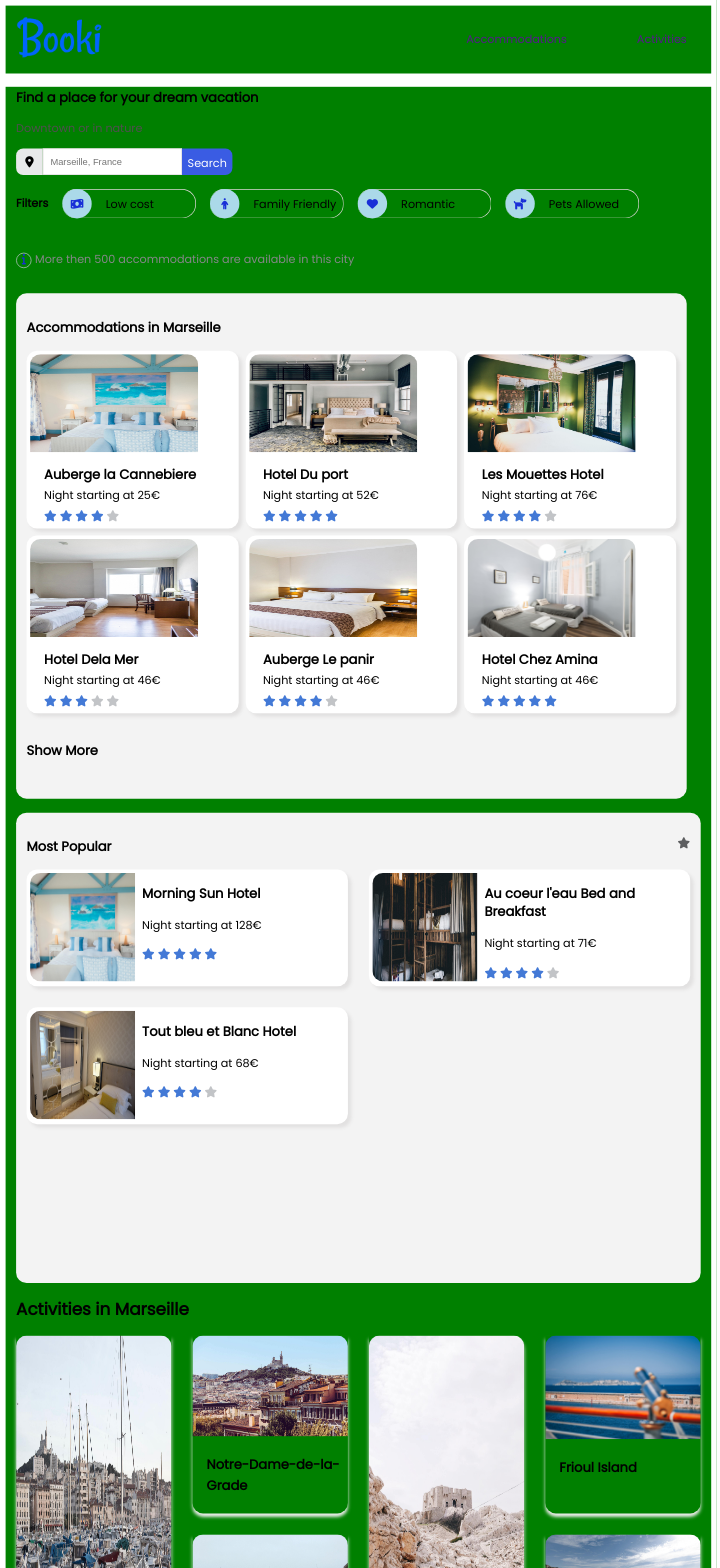
Repository: ailahin/booki
Page: index.html
An editor plug-in stored every save of this project. The page is shown before and after a run of saves, followed by the edit.
The browser window is 1024 px wide. The page is 1024 px wide, then 1028 px, so the pictures cover 1028 px, including what lies to the right of the window. The pictures show the part of the page from y = 0 to 2240 px (the page is 2764 px tall before and 2759 px after), at 70% of full size.
Some web fonts or font styles are not loaded; a fallback is used. Some web libraries are served in a nearby version.

Above is the page before, as saved 2023-07-19 04:20:17.

### index.html
<!DOCTYPE html>
<html lang="en">
<head>
    <meta charset="UTF-8">
    <meta http-equiv="X-UA-Compatible" content="IE=edge">
    <meta name="viewport" content="width=device-width, initial-scale=1.0">
    <title>Booki</title>
    <link rel="stylesheet" href="css/index.css">
    <link rel="stylesheet" href="https://fonts.googleapis.com/css?family=Poppins|Sofia|Trirong">

    <!-- Google fronts -->
    <link rel="preconnect" href="https://fonts.googleapis.com">
    <link rel="preconnect" href="https://fonts.gstatic.com" crossorigin>
    <link href="https://fonts.googleapis.com/css2?family=Poppins&display=swap" rel="stylesheet">

    <script src="https://kit.fontawesome.com/a5dfdf2455.js" crossorigin="anonymous"></script>

</head>
<body>
    <header class="body">
        <nav>
            <div class="navbar">
                <div class="booki">
                    <img src="images/logo/Booki.png" alt="">
                </div>

                <div class="nav-flex">
                    <div id="nav-accommodation-text">
                        <a href="">Accommodations</a>
                     </div>
                     <div id="nav-activities-text" class="activities">
                         <a href=""> Activities</a>
                     </div>
               </div>
            </div>
        </nav>
    </header>

   <main class="body">
    <section>
        <div>
            <h3 class="dream-vacation">Find  a place for your dream vacation</h3>
        <p class="downtown"> Downtown or in nature</p>
        </div>

        <div class="search-bar">
            <div class="search-icon"> <i class="fa-solid fa-location-dot"></i> </div>
            <div class="search-place">
                <div class="placeholder">
                <input type="search" name="marseille, France" placeholder="Marseille, France" id="marseille">
            </div>
        </div>
            <div class="search-btn">Search</div>
        </div>

        <div>
            <div class="filters-bar">


                <div class="filters">
                    <div class="filters-text">
                        <H4>Filters</H4>
                    </div>
                    <div class="cost">
                        <div class="filters-icon"> <i class="fa-solid fa-money-bill-wave" style="color: #192fd7;"></i></div>
                        <div class="icon">Low cost</div>
                    </div>

                       <div class="cost">
                        <div class="filters-icon"> <i class="fa-solid fa-person" style="color: #192fd7;"></i></div>
                        <div class="icon">Family Friendly</div>
                       </div>

                       <div class="cost">
                        <div class="filters-icon"> <i class="fa-solid fa-heart" style="color: #192fd7;"></i></div>
                        <div class="icon">Romantic</div>
                       </div>

                       <div class="cost">
                        <div class="filters-icon"> <i class="fa-solid fa-dog" style="color: #192fd7;"></i></div>
                        <div class="icon">Pets Allowed</div>
                       </div>


                </div>
            </div>

           <div>
            <div class="info">
                <div >
                    <i class="fa-solid fa-info" style="color: #192fd7;"></i>
                </div>

                <div>
                    <p> More then 500 accommodations are available in this city</p>
                </div>
            </div>
           </div>
        </div>


    </section>
    <section class="accomodations-details">

        <section class="all-accomodations" >

            <div>
                <h3>Accommodations in Marseille</h3>
            </div>

            <div class="all-accomodations-details">

                <div class="details-container">
                    <div>
                        <img src="images/hebergements/2_large/annie-spratt-Eg1qcIitAuA-unsplash.jpg" alt="">

                    </div>
                    <div class="details-text">
                        <h3>
                            Auberge la Cannebiere
                        </h3>
                        <div>
                            <p>
                                Night starting at 25€
                            </p>
                        </div>
                        <div>
                            <i class="fa-solid fa-star" style="color: #4379d6;"></i>
                            <i class="fa-solid fa-star" style="color: #4379d6;"></i>
                            <i class="fa-solid fa-star" style="color: #4379d6;"></i>
                            <i class="fa-solid fa-star" style="color: #4379d6;"></i>
                            <i class="fa-solid fa-star" style="color: #c2c4c7;"></i>
                        </div>
                    </div>
                </div>

                <div class="details-container">
                    <div><img src="images/hebergements/2_large/aw-creative-VGs8z60yT2c-unsplash.jpg" alt=""></div>
                    <div class="details-text">
                        <h3>Hotel Du port </h3>

                        <div>
                            <p>   Night starting at 52€ </p>
                        </div>
                        <div>
                            <i class="fa-solid fa-star" style="color: #4379d6;"></i>
                            <i class="fa-solid fa-star" style="color: #4379d6;"></i>
                            <i class="fa-solid fa-star" style="color: #4379d6;"></i>
                            <i class="fa-solid fa-star" style="color: #4379d6;"></i>
                            <i class="fa-solid fa-star" style="color: #4379d6;"></i>

                        </div>
                    </div>
                </div>
                <div class="details-container">
                    <div><img src="images/hebergements/2_large/emile-guillemot-Bj_rcSC5XfE-unsplash.jpg" alt=""></div>
                    <div class="details-text">
                        <h3> Les Mouettes Hotel</h3>

                        <div>
                            <p>
                                Night starting at 76€
                            </p>
                            <div>
                                <i class="fa-solid fa-star" style="color: #4379d6;"></i>
                                <i class="fa-solid fa-star" style="color: #4379d6;"></i>
                                <i class="fa-solid fa-star" style="color: #4379d6;"></i>
                                <i class="fa-solid fa-star" style="color: #4379d6;"></i>
                                <i class="fa-solid fa-star" style="color: #c2c4c7;"></i>
                            </div>
                        </div>
                    </div>
                </div>
                <div class="details-container">
                    <div><img src="images/hebergements/2_large/febrian-zakaria-M6S1WvfW68A-unsplash.jpg" alt=""></div>

                    <div class="details-text">
                        <h3>
                                Hotel Dela Mer
                        </h3>
                        <div>
                            <p> Night starting at 46€</p>
                        </div>
                        <div>
                            <i class="fa-solid fa-star" style="color: #4379d6;"></i>
                            <i class="fa-solid fa-star" style="color: #4379d6;"></i>
                            <i class="fa-solid fa-star" style="color: #4379d6;"></i>

                            <i class="fa-solid fa-star" style="color: #c2c4c7;"></i>
                            <i class="fa-solid fa-star" style="color: #c2c4c7;"></i>
                        </div>
                    </div>
                </div>
                <div class="details-container">
                    <div><img src="images/hebergements/2_large/febrian-zakaria-sjvU0THccQA-unsplash.jpg" alt=""></div>

                    <div class="details-text">
                        <h3>Auberge Le panir</h3>
                    </div>
                    <div class="details-text">
                        <p > Night starting at 46€ </p>
                    </div>
                    <div class="details-text">
                        <i class="fa-solid fa-star" style="color: #4379d6;"></i>
                        <i class="fa-solid fa-star" style="color: #4379d6;"></i>
                        <i class="fa-solid fa-star" style="color: #4379d6;"></i>
                        <i class="fa-solid fa-star" style="color: #4379d6;"></i>

                        <i class="fa-solid fa-star" style="color: #c2c4c7;"></i>

                    </div>


                </div>
                <div class="details-container">
                    <div><img src="images/hebergements/2_large/fred-kleber-gTbaxaVLvsg-unsplash.jpg" alt=""></div>

                    <div class="details-text">
                        <h3>Hotel Chez Amina</h3>
                        <div>
                            <p>Night starting at 46€</p>
                        </div>
                        <div>
                            <i class="fa-solid fa-star" style="color: #4379d6;"></i>
                            <i class="fa-solid fa-star" style="color: #4379d6;"></i>
                            <i class="fa-solid fa-star" style="color: #4379d6;"></i>
                            <i class="fa-solid fa-star" style="color: #4379d6;"></i>
                            <i class="fa-solid fa-star" style="color: #4379d6;"></i>

                        </div>
                    </div>


                </div>


            </div>

            <div class="show-more">
                <h3>Show More</h3>
            </div>

        </section>

        <section class="most-popular">

            <div class="most-popular-icon">
                <h3>
                    Most Popular
                </h3>
                <p>
                    <i class="fa-solid fa-star" style="color: #5d5e60" > </i>
                </p>


            </div>

            <div class="most-popular-details">
                <div class="popular-details-container">
                    <div>
                        <img src="images/hebergements/2_large/annie-spratt-Eg1qcIitAuA-unsplash.jpg" alt="">
                    </div>
                    <div class="popular-details-text">
                        <h3>Morning Sun Hotel</h3>
                        <p>Night starting at 128€</p>
                        <div>
                            <div>
                                <i class="fa-solid fa-star" style="color: #4379d6;"></i>
                                <i class="fa-solid fa-star" style="color: #4379d6;"></i>
                                <i class="fa-solid fa-star" style="color: #4379d6;"></i>
                                <i class="fa-solid fa-star" style="color: #4379d6;"></i>
                                <i class="fa-solid fa-star" style="color: #4379d6;"></i>

                            </div>
                        </div>
                    </div>
                </div>
                <div class="popular-details-container" >
                    <div>
                        <img src="images/hebergements/2_large/nicate-lee-kT-ZyaiwBe0-unsplash.jpg" alt="">
                    </div>
                    <div class="popular-details-text">
                        <h3>Au coeur l'eau Bed and Breakfast</h3>
                        <p>Night starting at 71€</p>
                        <div>
                            <i class="fa-solid fa-star" style="color: #4379d6;"></i>
                            <i class="fa-solid fa-star" style="color: #4379d6;"></i>
                            <i class="fa-solid fa-star" style="color: #4379d6;"></i>
                            <i class="fa-solid fa-star" style="color: #4379d6;"></i>
                            <i class="fa-solid fa-star" style="color: #c2c4c7;"></i>

                        </div>
                    </div>
                </div>
                <div class="popular-details-container">
                    <div>
                        <img src="images/hebergements/2_large/reisetopia-B8WIgxA_PFU-unsplash.jpg" alt="">
                    </div>
                    <div class="popular-details-text">
                        <h3>Tout bleu et Blanc Hotel</h3>
                        <p>Night starting at 68€</p>
                        <div>
                            <i class="fa-solid fa-star" style="color: #4379d6;"></i>
                            <i class="fa-solid fa-star" style="color: #4379d6;"></i>
                            <i class="fa-solid fa-star" style="color: #4379d6;"></i>
                            <i class="fa-solid fa-star" style="color: #4379d6;"></i>
                            <i class="fa-solid fa-star" style="color: #c2c4c7;"></i>

                        </div>
                    </div>
                </div>

            </div>



        </section>

    </section>

    <section>
        <div>
            <h1> Activities in Marseille</h1>
        </div>
        <div>
            <div class="activites-images">
                <div class="activites-container" id="one">
                  <div>
                    <img src="images/activites/2_large/reno-laithienne-QUgJhdY5Fyk-unsplash.jpg " alt="">
                  </div>

                  <div class="text-container">
                    <h3>Old Port</h3>
                </div>
                </div>
                <div class="activites-container" id="two">
                    <div>
                        <img src="images/activites/2_large/florian-wehde-xW9e8gdotxI-unsplash.jpg" alt="">
                    </div>
                    <div class="text-container">
                        <h3>Notre-Dame-de-la-Grade</h3>
                    </div>
                </div>
                <div  class="activites-container" id="three">
                    <div>
                        <img src="images/activites/2_large/lena-paulin-wH2-EJoDcV0-unsplash.jpg" alt="">
                    </div>
                    <div class="text-container">
                        <h3>Longchamp Park </h3>
                    </div>
                 </div>
                <div class="activites-container" id="four">
                    <div>
                        <img src="images/activites/2_large/paul-hermann-QFTrLdQIRhI-unsplash.jpg" alt="">
                    </div>

                    <div class="text-container">
                        <h3>Pomegués Fort</h3>
                    </div>
                </div>
                <div class="activites-container" id="five">
                   <div>
                    <img src="images/activites/2_large/kevin-hikari-rV_Qd1l-VXg-unsplash.jpg " alt="">
                   </div>
                   <div class="text-container">
                    <h3> Frioul Island </h3>
                   </div>
                </div>
                <div class="activites-container" id="six">
                    <div>
                        <img src="images/activites/2_large/kilyan-sockalingum-NR8-cBCN3aI-unsplash.jpg" alt="">
                    </div>

                    <div class="text-container">
                        <h3>Calanques National Park</h3>
                    </div>
                </div>
            </div>
        </div>
    </section>
   </main>

    <footer class="footer-main">
        <section>
            <div class="footer">
                <div class="about">
                    <h3> About</h3>
                    <p> Site Map</p>
                    <p>General Terms and Conditions  </p>
                    <p>Data and Privacy </p>


                </div>
                <div class="accommodations">
                    <h3> Our Accommodations</h3>
                    <p>Quality Assistant</p>
                    <p>You have a hotel ?</p>

                </div>

                <div class="assistance">
                        <h3>
                            Assistance
                        </h3>

                        <p>Help Desk</p>
                        <p>Contact Us</p>
                </div>
            </div>
        </section>

    </footer>

</body>
</html>

### css/index.css
.body{
    font-family: "poppins", sans-serif;
    padding-left: 15px;
    padding-right: 15px;
}
.navbar{
    display: flex;
    flex-direction: row;
    justify-content:space-between;
    align-items: center;
}

.nav-flex{
    display:flex;
    padding-left: 20px;
    padding-right: 20px;
    justify-content:space-around;
}
.nav-flex a{
    text-decoration: none;
}
.nav-flex a:hover{
    border-top: 2px solid blue;
    color: blue;
    padding-top: 30px;


}
.dream-vacation{

}
.downtown{
    color: rgb(80, 79, 79);

}
.activities{
    margin-left: 100px;
}

.search-bar{
    display:flex;
    align-items: center;


}
.search-icon{
    display: flex;
    background-color: rgb(232, 233, 234);
    height:38px;
    width: 38px;
    align-items: center;
    justify-content: center;
    border-radius: 10px 0 0 10px;

}
.placeholder input{
   height: 38px;
   border-left: 0px;
   border-right: 0px;
   border: 1px solid rgb(220, 218, 218);
   padding: 10px;
}
.placeholder{


}

 .search-place{


 }



.search-btn{
    background-color: rgb(58, 92, 227);
    color:white;
    height: 22px;
    padding:8px;
    border-radius: 0  10px 10px 0;
}
.filters-bar{
    margin-top: 20px;

}

.cost{
    display: flex;
    border: 1px solid;
    border-left: 0px;
   border-color: rgb(220, 215, 215);
   height: 40px;
   width: 190px;
   align-items: center;
   gap: 20px;
   border-radius: 20px;
}
.filters-icon{
    display: flex;
    background-color: rgb(171, 217, 233);
    height:42px ;
    width: 42px;
    align-items: center;
    border-radius: 100%;
    justify-content: center;
}
.filters{
    display: flex;
    gap: 20px;
}
.filters-text{
   display: flex;
   height: 38px;
   align-items: center;
}

.fa-info{
    display: flex;
    border: 1px rgb(193, 200, 207) solid;
    border-radius: 100%;
    width: 20px;
    height: 20px;
    align-items: center;
    justify-content: center;
}
.info{
    display: flex;
    align-items: center;
    text-align: center;
    gap:5px;
    margin-top: 30px;
}
.info p{
    color: rgb(133, 135, 137);
}

.accomodations-details{
    display: flex;

}
.all-accomodations{
    width: 66%;
    background-color:rgb(243, 243, 243);
    padding: 15px;
    margin-top: 20px;
    margin-right: 20px;
    border-radius: 15px;
}

.show-more{
    padding-top: 20px;
    padding-bottom: 20px;
}
.most-popular{
    width: 34%;
    background-color:rgb(243, 243, 243);
    padding:15px;
    margin-top: 20px;
    border-radius: 15px;
    padding-bottom: 30px;

}
.most-popular-icon{
    display: flex;
    justify-content: space-between;

}
.all-accomodations-details img{
    width: 240px;
    height: 140px;
    border-top-left-radius: 15px;
    border-top-right-radius: 15px;

}
.all-accomodations-details{
   display: grid;
   grid-template-columns: repeat(3, 1fr);
   gap: 10px;

}

.details-container{
    background-color:white;
    padding: 5px;
    border-radius: 15px;
    box-shadow: 5px 5px 5px 0px rgb(226, 225, 225);


}

.details-text {
margin-left: 20px;
line-height: .3cm;
margin-bottom: 5px;


}
.most-popular-details{
    display: grid;
    grid-template-rows: repeat(3, 1fr);
    gap:30px;


}
.popular-details-container img{
    width:150px;
    height: 155px;
    border-top-left-radius: 15px;
    border-bottom-left-radius: 15px;
    margin-top: 2px;
    margin-left: 2px;

}
.popular-details-container{
    display: flex;
    background-color:white;
    padding-top: 3px;
    padding-left: 3px;
    border-radius: 15px;
    box-shadow: 5px 5px 5px 0px rgb(226, 225, 225);
}
.popular-details-text{
    margin-left: 10px;
    line-height: .7cm;

}

.activites-images img{
    width: 100%;
    border-top-left-radius: 15px;
    border-top-right-radius: 15px;



  }

  .activites-images {
    display: grid;
    grid-template-columns: repeat(4, 1fr);
    gap: 30px;
    margin-bottom: 80px;

  }

  .activites-container{
    box-shadow: 0px 5px 5px 0px rgb(239, 238, 238);
    border-bottom-left-radius: 15px;
    border-bottom-right-radius: 15px;
  }


#one{
    grid-row: 1/3;
    grid-row: 1 / 3;

}

#one img{

    height: 472px;

}

.text-container{

    margin-left: 20px;

}

#two{

}
#three{
    grid-column: 2/3;
    grid-row:2/3 ;
}
#three img{
   height: 183px;

}
#four {
    grid-row: 1/3;
    border-top-right-radius: 15px;
}

#four img {

    height: 475px;
}

#five{
    grid-column: 4/5;
    grid-row:1/2 ;
}
#six{
    grid-column: 4/5;
    grid-row:2/3 ;
}

.footer{
    display: flex;
    justify-content: space-between;
    background-color:rgb(243, 243, 243);
    font-family: "poppins", sans-serif;
    margin-right: 200px;
}
.footer p{
    color: rgb(146, 145, 145);
}
.footer-main{
    background-color:rgb(243, 243, 243);
    padding: 15px;

}



 @media only screen and (max-width: 400px){
    .nav-flex{

    }
    .nav-flex a:hover{
        border-bottom: 2px solid blue;
        color: blue;
        padding-top: 1px;
        border-top: 2px white solid;
    }


    }








/* Extra small devices (phones, 600px and down) */
@media only screen and (max-width: 768px) {
    .navbar{
       display: flex;
       flex-wrap: wrap;
       justify-content: center;
       align-items: center;
       margin-bottom: 30px;


    };

    .nav-flex{

    }

    .filters {
        width: 100%;
        display:flex;
        flex-direction: column;
        flex-wrap:wrap;

    }
    .accomodations-details{
        display: flex;
        flex-direction:column-reverse;
        flex-wrap: wrap;
    }
    .all-accomodations{
        width: 100%;
        align-items: center;
        justify-content: center;

    }
    .all-accomodations-details{
        display: flex;
        flex-direction: row;
        flex-wrap: wrap;
        align-items: center;
        justify-content: center;

    }

    .most-popular{
        width: 100%;

    }


    .most-popular-details img{
        width:150px;
        height: 155px;
        border-top-left-radius: 15px;
        border-bottom-left-radius: 15px;
        margin-top: 2px;
        margin-left: 2px;

    }


.footer{
    display: flex;
    flex-direction: column;
}

.activites-images {
   display: flex;
   flex-direction: column-reverse;


}

  }



  /* Small devices (portrait tablets and large phones, 600px and up) */
  @media only screen and (min-width: 768px) and ( max-width: 1200px) {
    .body {background: green;}

    .accomodations-details{
        display: flex;
        flex-wrap: wrap;
        align-items: center;
        justify-content: center;
    }
    .all-accomodations{
        width: 100%;
        align-items: center;
        justify-content: center;

    }
    .all-accomodations-details{
        display: grid;
        grid-template-columns: repeat(3, 1fr);
        gap: 10px;
     }

    .most-popular{
        width: 100%;

    }
    .most-popular-details {
        display: grid;
        grid-template-columns: repeat(2, 1fr);
        gap: 30px;
    }


    .most-popular-details img{
        width:150px;
        height: 155px;
        border-top-left-radius: 15px;
        border-bottom-left-radius: 15px;
        margin-top: 2px;
        margin-left: 2px;

    }





  }

  /* Medium devices (landscape tablets, 768px and up) */
  @media only screen and (max-width: 1000px) and ( min-width: 600px) {



}

  /* Large devices (laptops/desktops, 992px and up) */
  @media only screen and (min-width: 992px) {


  }

  /* Extra large devices (large laptops and desktops, 1200px and up) */
  @media only screen and (min-width: 1200px) {


  }

After the next 2 saves:
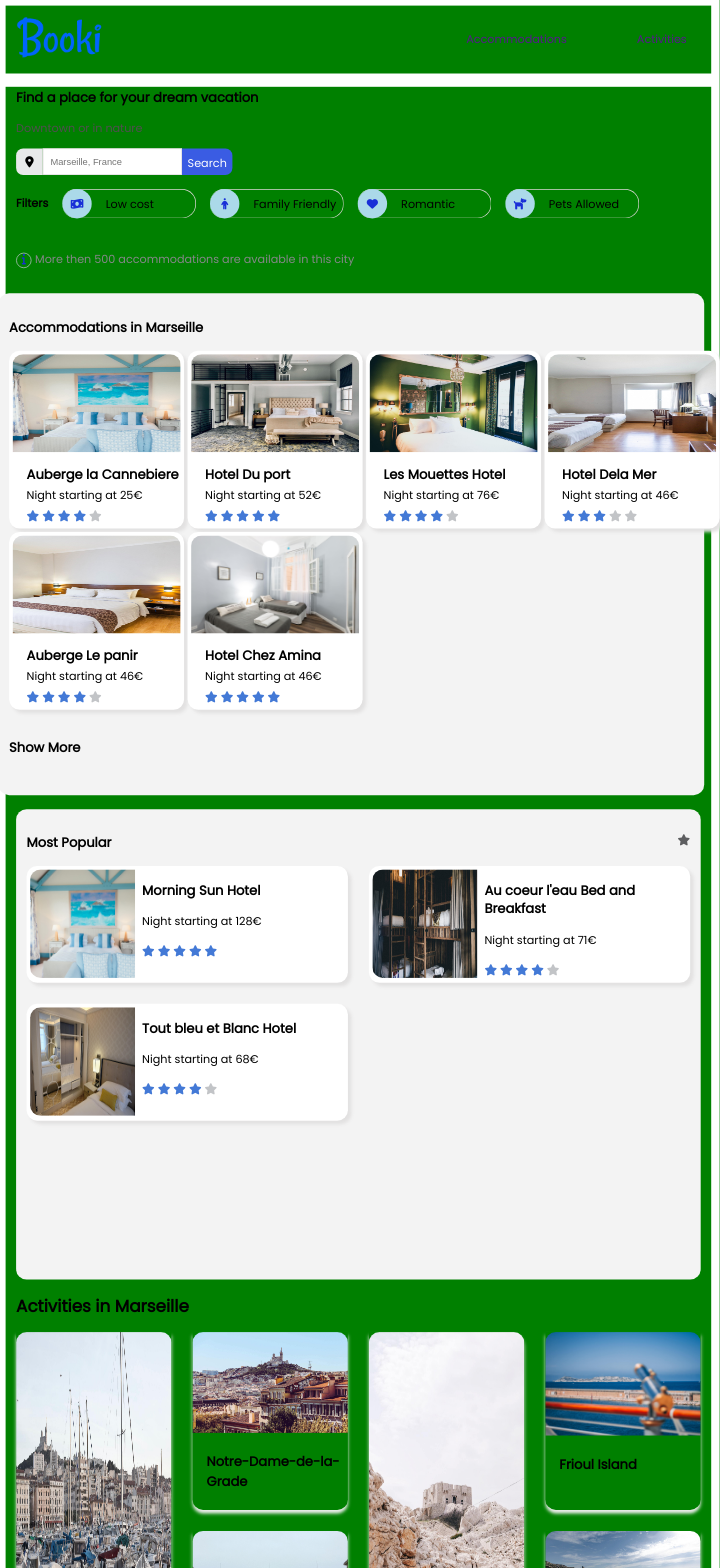
The 2 saves are shown as one change because they came seconds apart.
The last was saved 78 s later.
--- a/css/index.css
+++ b/css/index.css
@@ -430,8 +430,8 @@ margin-bottom: 5px;
     }
     .all-accomodations-details{
         display: grid;
-        grid-template-columns: repeat(3, 1fr);
-        gap: 10px;
+        grid-template-columns: repeat(4, 1fr);
+        gap: 5px;
      }
 
     .most-popular{
